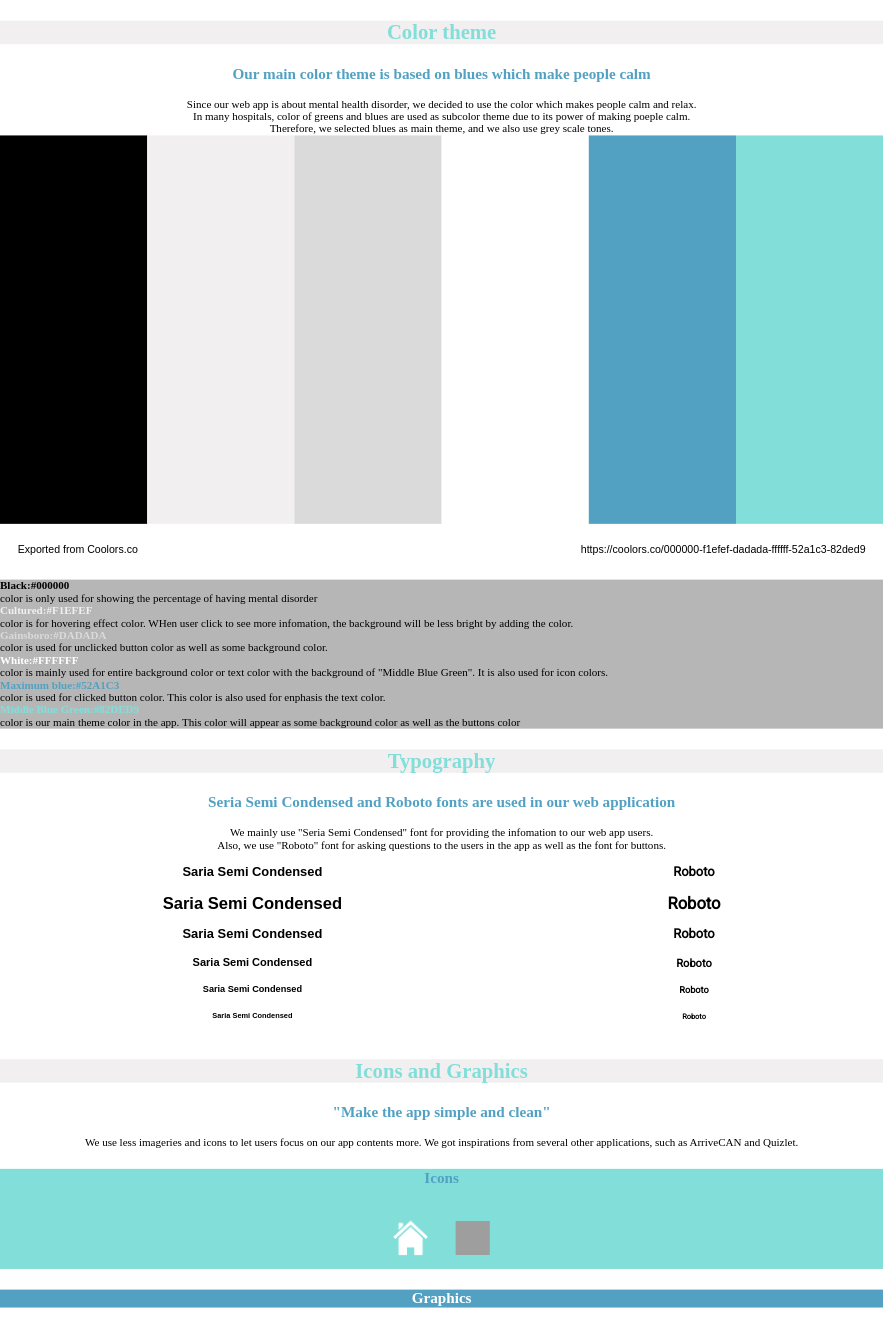
Repository: zzs1/style-guide
Page: style guide/Chisaki_styleGuide_part2/index.html
The author's editor kept a copy of each file at every save. The page is drawn from the files as they stood at one save, then again after a run of saves.
The browser window is 1280 px wide. The pictures show the whole page, at 69% of full size.
Pictures or frames that could not be fetched are drawn as grey boxes. Some web fonts or font styles are not loaded; a fallback is used.

Above is the page before, as saved 2021-03-21 21:05:52.

### style guide/Chisaki_styleGuide_part2/index.html
<!DOCTYPE html>
<html lang="en">
<head>
  <meta charset="UTF-8">
  <meta name="viewport" content="width=device-width, initial-scale=1.0">
  <title>Style guide - Colour Palette & Typography, Imagery, Graphics -</title>
  <link href ="style.css" rel="stylesheet" />
  <link href="https://fonts.googleapis.com/css2?family=Saira+Semi+Condensed:wght@500&display=swap" rel="stylesheet">
  <link href="https://fonts.googleapis.com/css2?family=Roboto&display=swap" rel="stylesheet">
</head>
<body>
  <div id="main">
    <article>
      <!--Color theme section starts-->
      <section>
        <h1 class="title">Color theme</h1>
        <h3 class="subtitle">Our main color theme is based on blues which make people calm</h3>
        <p>
          Since our web app is about mental health disorder, we decided to use the color which makes people calm and relax.<br>
          In many hospitals, color of greens and blues are used as subcolor theme due to its power of making poeple calm.<br>
          Therefore, we selected blues as main theme, and we also use grey scale tones.
        </p>
        <div id="colorbox">
          <img src="palette.svg" alt="color pallette">
          <p style="background-color: rgb(183, 182, 182); text-align: left; display: flex; flex-direction: column;">
            <strong style="color:#000000;">Black:#000000</strong> color is only used for showing the percentage of having mental disorder<br>
            <strong style="color:#F1EFEF;">Cultured:#F1EFEF</strong> color is for hovering effect color. WHen user click to see more infomation, the background will be less bright by adding the color.<br>
            <strong style="color:#DADADA;">Gainsboro:#DADADA</strong> color is used for unclicked button color as well as some background color.<br>
            <strong style="color:#FFFFFF;">White:#FFFFFF</strong> color is mainly used for entire background color or text color with the background of "Middle Blue Green". It is also used for icon colors.<br>
            <strong style="color:#52A1C3;">Maximum blue:#52A1C3</strong> color is used for clicked button color. This color is also used for enphasis the text color.<br>
            <strong style="color:#82DED9;">Middle Blue Green:#82DED9</strong> color is our main theme color in the app. This color will appear as some background color as well as the buttons color<br>
          </p>
        </div>
      </section>

      <!--typography section starts-->
      <section id="typo">
        <h1 class="title">Typography</h1>
        <h3 class="subtitle">
          Seria Semi Condensed and Roboto fonts are used in our web application
        </h3>
        <p>
          We mainly use "Seria Semi Condensed" font for providing the infomation to our web app users.<br>
          Also, we use "Roboto" font for asking questions to the users in the app as well as the font for buttons.<br>
        </p>
        <div id="typobox">
          <div id="saria">
            <h1>Saria Semi Condensed</h1>
            <h2>Saria Semi Condensed</h2>
            <h3>Saria Semi Condensed</h3>
            <h4>Saria Semi Condensed</h4>
            <h5>Saria Semi Condensed</h5>
            <h6>Saria Semi Condensed</h6>
          </div>
          <div id="roboto">
            <h1>Roboto</h1>
            <h2>Roboto</h2>
            <h3>Roboto</h3>
            <h4>Roboto</h4>
            <h5>Roboto</h5>
            <h6>Roboto</h6>
          </div>
      </div>
      </section>

      <!--icon section starts-->
      <section>
        <h1 class="title">Icons and Graphics</h1>
        <h3 class="subtitle">
          "Make the app simple and clean"
        </h3>
        <p>
          We use less imageries and icons to let users focus on our app contents more. We got inspirations from several other applications, such as ArriveCAN and Quizlet.
        </p>
        <div id="iconbox">
          <h4 class="subtitle">Icons</h4>
          <div id="imgcontainer">
          <img src="home_white.png" alt="home icon" width="50px" height="50px" />
          <img src="back.svg" alt="back home arrow" width="50px" height="50px" />
        </div>
        </div>
        <div id="graphicbox">
          <h4 style="font-size:22px; color:#FFFFFF; ">Graphics</h4>
        </div>
      </section>
  </article>
  </div>
</body>
</html>

### style guide/Chisaki_styleGuide_part2/style.css
body, html{
  margin:0;
  text-align:center;
}
p{
  margin:0;
}
.title{
  font-size:30px;
  color:#82DED9;
  background-color: #F1EFEF;
}
.subtitle{
  font-size:22px;
  color:#52A1C3;
}

#typobox{
  display:flex;

}
#saria {
  font-family: 'Saira Semi Condensed', sans-serif;
  flex-grow: 1;

}
#roboto {
  font-family: 'Roboto', sans-serif;
  flex-grow: 1;
}
#iconbox {
  background-color: #82DED9;
}

#imgcontainer {
  display:flex;
  justify-content: center;
}
#imgcontainer > img {
  margin:20px;
}
#graphicbox {
  background-color:#52A1C3;
}

After the next 2 saves:
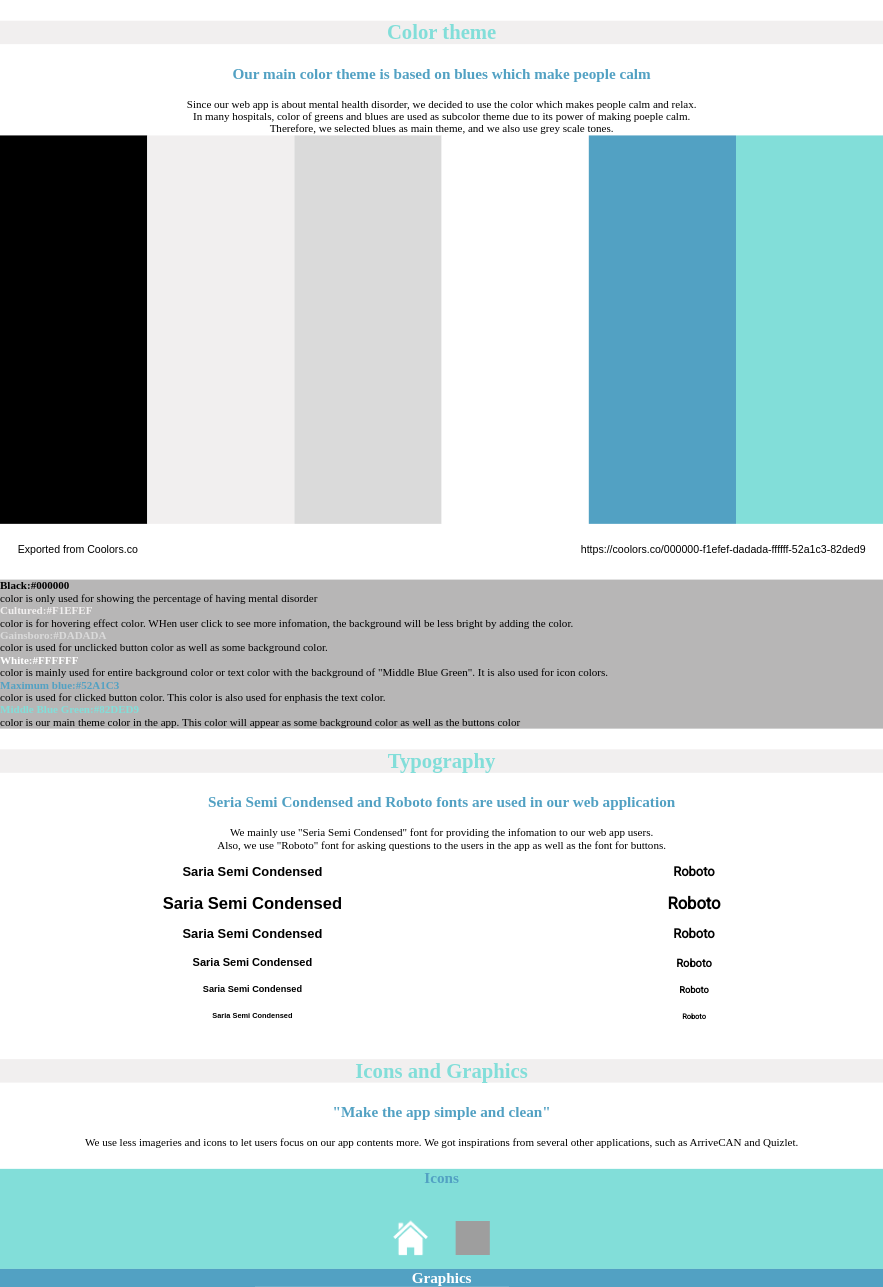
The 2 saves are shown as one change because they came seconds apart.
The last was saved 7 s later.
--- a/style guide/Chisaki_styleGuide_part2/index.html
+++ b/style guide/Chisaki_styleGuide_part2/index.html
@@ -80,7 +80,7 @@
         </div>
         </div>
         <div id="graphicbox">
-          <h4 style="font-size:22px; color:#FFFFFF; ">Graphics</h4>
+          <h4 style="font-size:22px; color:#FFFFFF; margin:0;">Graphics</h4>
         </div>
       </section>
   </article>
